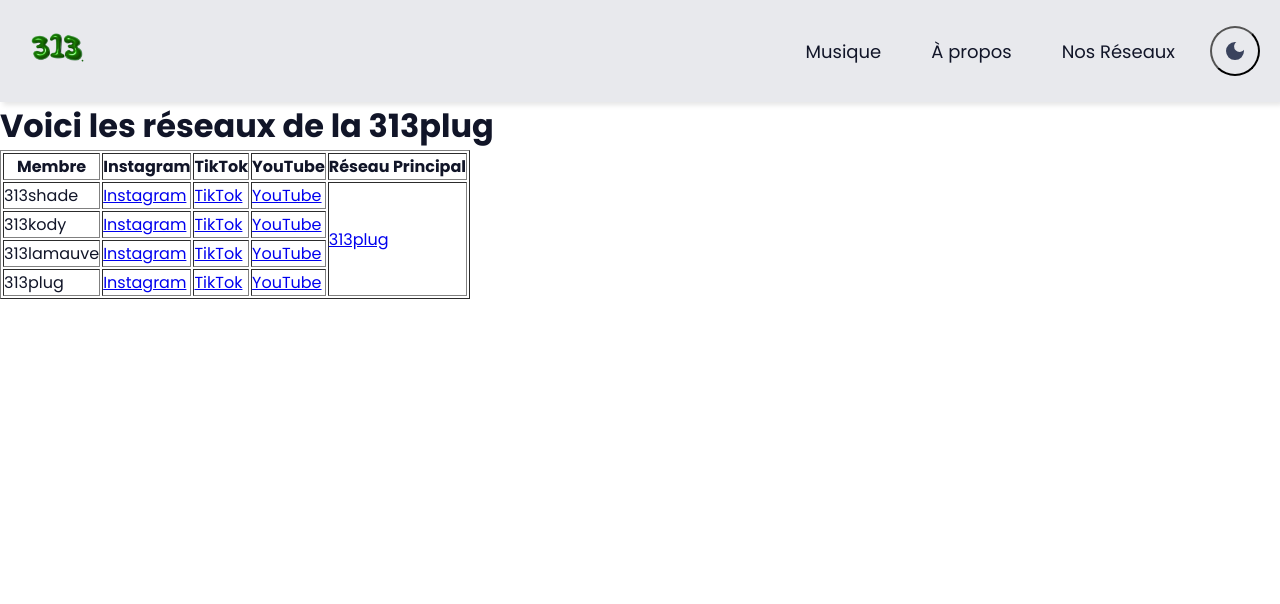
Repository: 313Kody/313plug-Site-Officiel
Page: réseau.html
These files come from the project's save history. The page is drawn as it stood at one moment and after the next save; the edit follows.
The browser window is 1280 px wide. The pictures show the whole page.
Some web fonts or font styles are not loaded; a fallback is used.

Above is the page before, as saved 2024-11-24 20:05:20.

### réseau.html
<!DOCTYPE html>
<html lang="en">
<head>
   <meta charset="UTF-8">
   <meta name="viewport" content="width=device-width, initial-scale=1.0">
   <title>313plug - Site Officiel</title>
   <link rel="stylesheet" href="CSS/styles.css">
   <link href="https://fonts.googleapis.com/css2?family=Fugaz+One&family=Poppins:wght@100;200;300;400;500;600;700;800;900&display=swap" rel="stylesheet">
   <script type="text/javascript" src="darkmode.js" defer></script>
</head>
<body>
      <nav class="main-nav">
         <div class="logo">
             <a href="index.html">
                 <img id="logo" src="images/313_vert-removebg-preview.png" alt="logo du groupe">
             </a>
         </div>

         <!-- Navbar en liens (cachée sur mobile) -->
         <ul class="nav-links hideOnMobile">
             <li><a href="musique.html" target="_blank">Musique</a></li>
             <li><a href="propos.html" target="_blank">À propos</a></li>
             <li><a href="réseau.html" target="_blank">Nos Réseaux</a></li>
             <button id="theme-switch-navbar">
               <svg xmlns="http://www.w3.org/2000/svg" height="24px" viewBox="0 -960 960 960" width="24px" fill="#e8eaed">
                  <path d="M480-120q-150 0-255-105T120-480q0-150 105-255t255-105q14 0 27.5 1t26.5 3q-41 29-65.5 75.5T444-660q0 90 63 153t153 63q55 0 101-24.5t75-65.5q2 13 3 26.5t1 27.5q0 150-105 255T480-120Z"/>
               </svg>
               <svg xmlns="http://www.w3.org/2000/svg" height="24px" viewBox="0 -960 960 960" width="24px" fill="#e8eaed">
                  <path d="M480-280q-83 0-141.5-58.5T280-480q0-83 58.5-141.5T480-680q83 0 141.5 58.5T680-480q0 83-58.5 141.5T480-280ZM200-440H40v-80h160v80Zm720 0H760v-80h160v80ZM440-760v-160h80v160h-80Zm0 720v-160h80v160h-80ZM256-650l-101-97 57-59 96 100-52 56Zm492 496-97-101 53-55 101 97-57 59Zm-98-550 97-101 59 57-100 96-56-52ZM154-212l101-97 55 53-97 101-59-57Z"/>
               </svg>
            </button>
         </ul>

         <!-- Icône de menu pour la sidebar (visible uniquement sur mobile) -->
         <div class="menu-button" onclick="showsidebar()">
             <svg xmlns="http://www.w3.org/2000/svg" height="28px" viewBox="0 -960 960 960" width="28px" fill="#000000" id="menu-icon">
                 <path d="M120-240v-80h720v80H120Zm0-200v-80h720v80H120Zm0-200v-80h720v80H120Z"/>
             </svg>
         </div>
     </nav>

     <!-- Sidebar (initialement cachée) -->
     <aside class="sidebar" id="sidebar">
         <ul>
             <li onclick="hidesidebar()">
                 <a href="#"><svg xmlns="http://www.w3.org/2000/svg" height="28px" viewBox="0 -960 960 960" width="28px" fill="#000000" id="close-icon"><path d="m256-200-56-56 224-224-224-224 56-56 224 224 224-224 56 56-224 224 224 224-56 56-224-224-224 224Z"/></svg></a>
             </li>
             <li><a href="musique.html" target="_blank">Musique</a></li>
             <li><a href="propos.html" target="_blank">À propos</a></li>
             <li><a href="réseau.html" target="_blank">Nos Réseaux</a></li>
             <button id="theme-switch-sidebar">
               <svg xmlns="http://www.w3.org/2000/svg" height="24px" viewBox="0 -960 960 960" width="24px" fill="#e8eaed">
                  <path d="M480-120q-150 0-255-105T120-480q0-150 105-255t255-105q14 0 27.5 1t26.5 3q-41 29-65.5 75.5T444-660q0 90 63 153t153 63q55 0 101-24.5t75-65.5q2 13 3 26.5t1 27.5q0 150-105 255T480-120Z"/>
               </svg>
               <svg xmlns="http://www.w3.org/2000/svg" height="24px" viewBox="0 -960 960 960" width="24px" fill="#e8eaed">
                  <path d="M480-280q-83 0-141.5-58.5T280-480q0-83 58.5-141.5T480-680q83 0 141.5 58.5T680-480q0 83-58.5 141.5T480-280ZM200-440H40v-80h160v80Zm720 0H760v-80h160v80ZM440-760v-160h80v160h-80Zm0 720v-160h80v160h-80ZM256-650l-101-97 57-59 96 100-52 56Zm492 496-97-101 53-55 101 97-57 59Zm-98-550 97-101 59 57-100 96-56-52ZM154-212l101-97 55 53-97 101-59-57Z"/>
               </svg>
            </button>
         </ul>
     </aside>
     <script>
         function showsidebar(){
             const sidebar = document.querySelector('.sidebar');
             sidebar.style.display = 'flex';
         }
         function hidesidebar(){
             const sidebar = document.querySelector('.sidebar');
             sidebar.style.display = 'none';
         }
      </script>
   <h1>Voici les réseaux de la 313plug</h1>
   <table border="1">
      <thead>
        <tr>
          <th>Membre</th>
          <th>Instagram</th>
          <th>TikTok</th>
          <th>YouTube</th>
          <th>Réseau Principal</th>
        </tr>
      </thead>
      <tbody>
        <!-- Ligne pour 313shade -->
        <tr>
          <td>313shade</td>
          <td><a href="https://www.instagram.com/313shade" target="_blank">Instagram</a></td>
          <td><a href="https://www.tiktok.com/@313shade" target="_blank">TikTok</a></td>
          <td><a href="https://www.youtube.com/313shade" target="_blank">YouTube</a></td>
          <td rowspan="4"><a href="https://www.313plug.com" target="_blank">313plug</a></td>
        </tr>

        <!-- Ligne pour 313kody -->
        <tr>
          <td>313kody</td>
          <td><a href="https://www.instagram.com/313kody" target="_blank">Instagram</a></td>
          <td><a href="https://www.tiktok.com/@313kody" target="_blank">TikTok</a></td>
          <td><a href="https://www.youtube.com/313kody" target="_blank">YouTube</a></td>
        </tr>

        <!-- Ligne pour 313lamauve -->
        <tr>
          <td>313lamauve</td>
          <td><a href="https://www.instagram.com/313lamauve" target="_blank">Instagram</a></td>
          <td><a href="https://www.tiktok.com/@313lamauve" target="_blank">TikTok</a></td>
          <td><a href="https://www.youtube.com/313lamauve" target="_blank">YouTube</a></td>
        </tr>

        <!-- Ligne pour 313plug -->
        <tr>
          <td>313plug</td>
          <td><a href="https://www.instagram.com/313plug" target="_blank">Instagram</a></td>
          <td><a href="https://www.tiktok.com/@313plug" target="_blank">TikTok</a></td>
          <td><a href="https://www.youtube.com/313plug" target="_blank">YouTube</a></td>
        </tr>
      </tbody>
    </table>

### CSS/styles.css
/* Styles globaux */
:root{
    --base-color: white;
    --base-variant: #e8e9ed;
    --text-color: #111528;
    --secondary-text: #232738;
    --primary-color:#3a435d;
    --accent-color:#3ffa4fa6;
    --blur-color: rgba(255, 255, 255, 0.626);
}
.darkmode{
    --base-color: #070b1d;
    --base-variant: #101425;
    --text-color: #ffffff;
    --secondary-text: #a4a5b8;
    --primary-color:#3a435d;
    --accent-color:#b445ffa1;
    --blur-color: rgba(82, 82, 82, 0.626);
}

* {
    margin: 0;
    padding: 0;
}
#theme-switch-navbar{
    height: 50px;
    width: 50px;
    padding: 0;
    border-radius: 50%;
    background-color: var(--base-variant);
    display: flex;
    justify-content: center;
    align-items: center;
}
#theme-switch-navbar svg{
    fill: var(--primary-color);
}
#theme-switch-navbar svg:last-child{
    display: none;
}
.darkmode #theme-switch-navbar svg:first-child{
    display: none;
}
.darkmode #theme-switch-navbar svg:last-child{
    display: block;
}
#theme-switch-sidebar{
    height: 50px;
    width: 50px;
    padding: 0;
    border-radius: 50%;
    background-color: var(--base-variant);
    display: flex;
    justify-content: center;
    align-items: center;
}
#theme-switch-sidebar svg{
    fill: var(--primary-color);
}
#theme-switch-sidebar svg:last-child{
    display: none;
}
.darkmode #theme-switch-sidebar svg:first-child{
    display: none;
}
.darkmode #theme-switch-sidebar svg:last-child{
    display: block;
}
body {
    margin: 0 auto;
    font-family: "Poppins", sans-serif;
    background-color: var(--base-color);
    color: var(--text-color);
}

.fugaz-one {
    font-family: "Fugaz One", sans-serif;
}
/* background----------------------------------------------------------------- */

.logo img {
    width: 75px;
    align-items: baseline;
}

/* Header / Navbar--------------------------------------------------------------- */
.main-nav {
    display: flex;
    align-items: center;
    justify-content: space-between;
    padding: 10px 20px;
    background-color:var(--base-variant);
    box-shadow: 3px 3px 5px rgba(0, 0, 0, 0.1);
}

.logo img {
    width: 75px;
}

.nav-links {
    list-style: none;
    display: flex;
    gap: 20px;
}

.nav-links li {
    height: 50px;
    display: flex;
    align-items: center;
}

.nav-links a {
    font-size: 18px;
    font-weight: 400;
    color: var(--text-color);
    text-decoration: none;
    padding: 0 15px;
}

.nav-links a:hover {
    background-color: var(--base-color);
    border-radius: 4px;
}

/* Sidebar----------------------------------------------------------------------- */
.sidebar {
    position: fixed;
    top: 0;
    right: 0;
    height: 100vh;
    width: 250px;
    z-index: 999;
    background-color: var(--blur-color);
    backdrop-filter: blur(10px);
    box-shadow: -10px 0 10px rgba(0, 0, 0, 0.1);
    display: none;
    flex-direction: column;
    align-items: flex-start;
    padding: 20px;
}

.sidebar ul {
    list-style: none;
    padding: 0;
}

.sidebar li {
    width: 100%;
}

.sidebar a {
    font-size: 18px;
    color: var(--text-color);
    text-decoration: none;
    padding: 10px;
    display: block;
}

.sidebar a:hover {
    background-color: var(--base-variant);
}

/* Menu button sidebar */
.menu-button {
    display: none;
}

/* Responsive */
@media(max-width: 800px) {
    .hideOnMobile {
        display: none;
    }
    .menu-button {
        display: block;
    }
}
@media(max-width: 400px) {
    .sidebar {
        width: 100%;
    }
}
/* Landing page -------------------------------------------------------------- */

section.hautdepage {
    background: url('../images/TRAPSHIT COVER Banniere.jpg');
    background-size: cover;
    background-repeat: no-repeat;
    background-position: center ;
    height: 80vh;
}

.big-title {
    color: rgb(255, 255, 255);
    font-size: 50px;
    padding: 20px 50px;
    margin-top: 40px;
}
/* BOUTTON ------------------------------------------------------------------- */
.button {
    height: 100vh;
    display: flex;
    align-items: center;
    justify-content: center;
    margin-top: -150px;
}

.button-style {
    position: relative;
    align-items: center;
    justify-content: center;
    padding: 10px 22px;
    background: none;
    border:3px solid #e8e8e8;
    border-radius: 6px;
    color: #fff;
    font-size: 18px;
    font-weight: bold;
    text-decoration: none;
    text-align: center;
    cursor: pointer;
    transition: transform 0.3s ease;
    box-shadow: 0px 4px 10px rgba(0, 0, 0, 0.3);
}

.button :active{
    transition: scale(0.96);
}

/* Titre de Section----------------------------------------------------------- */
.section-title{
    font-size: 45px;
    font-weight: 200;
    margin-top: 25px;
    position: relative;
}

.section-title::before {
    content: "";
    position: absolute;
    background-color: var(--text-color);
    width: 200px;
    height: 3px;
    margin-top: 7px;
}
/* section music home ---------------------------------------------------------*/

.section-title {
    text-align: center;
    font-family: "Poppins", sans-serif;
    font-size: 36px;
    font-weight: bold;
    color: var(--text-color);
    margin-bottom: 30px;
}

.music{
    background-color: var(--base-color);
    height: 45vh;
}
/* Flex container */
.cover-flex {
    display: flex;
    flex-wrap: wrap;
    justify-content: space-between;
    align-items: center;
    gap: 20px;
    margin-left: 15px;
}

/* Images à gauche */
.cover-images {
    display: flex;
    flex-wrap: wrap;
    gap: 15px;
    max-width: 100%;
}

/* Image individuelle */
.cover-box {
    flex: 1;
    max-width: 250px;
    border-radius: 10px;
    overflow: hidden;
    box-shadow: 0px 4px 10px rgba(0, 0, 0, 0.3);
    transition: transform 0.3s ease;
}

.cover-box img {
    width: 100%;
    height: auto;
    display: block;
}

.cover-box:hover {
    transform: scale(1.05);
}

/* Texte et bouton à droite */
.text-container {
    max-width: 35%;
    display: flex;
    flex-direction: column;
    align-items: flex-start;
    justify-content: center;
    gap: 20px;
    color: #000000;
    margin-right: 15px;
}

/* Texte */
.text-music {
    font-family: "Poppins", sans-serif;
    font-size: 16px;
    line-height: 1.8;
    color: var(--secondary-text);
}

.text-music h2 {
    font-size: 24px;
    font-weight: bold;
    color: var(--text-color);
    margin-bottom: 10px;
}

/* Bouton */
.button-style2 {
    display: inline-block;
    padding: 10px 20px;
    background-color: #ffffff;
    border: none;
    border-radius: 5px;
    color: #000000;
    font-size: 16px;
    font-weight: bold;
    text-decoration: none;
    text-align: center;
    transition: background-color 0.3s ease, transform 0.2s ease;
    box-shadow: 0px 4px 10px rgba(0, 0, 0, 0.3);
}

.button-style2:hover {
    background-color: var(--accent-color);
    transform: translateY(-3px);
}

.button-style2:active {
    transform: translateY(1px);
}


/* section réseau pour la homepage */

.section-title2 {
    text-align: center;
    font-family: "Poppins", sans-serif;
    font-size: 36px;
    font-weight: bold;
    color: var(--text-color);
    margin-bottom: 30px;
}

.section-title2::before {
    content: "";
    position: absolute;
    background-color: var(--text-color);
    width: 200px;
    height: 3px;
    margin-top: 3px;
}
.réseau{
    background-color: var(--base-variant);
    height: 100vh;
}
/* responsive pour la home page */

@media (max-width: 1120px) {
    .button-style{
        padding: 12px 30px;
        font-size: 20px;
        margin-bottom: 145px;
    }
}

@media (max-width: 768px) {
    /* Réduire la taille du texte du titre */
    .section-title {
        font-size: 28px;
    }

    /* Changer le comportement du conteneur .cover-flex */
    .cover-flex {
        flex-direction: column;
        justify-content: center;
        align-items: center;
        gap: 10px;
    }

    /* Modifier l'image de cover pour qu'elle soit plus petite sur les petits écrans */
    .cover-box {
        max-width: 100%;
    }

    /* Ajuster la taille du texte */
    .text-music {
        font-size: 14px;
    }

    .text-music h2 {
        font-size: 20px;
    }

    /* Ajuster la largeur du texte et des boutons */
    .text-container {
        max-width: 90%; /* Plus large sur mobile */
        margin-right: 0;
    }

    /* Boutons plus grands et espacés */
    .button-style2 {
        padding: 12px 24px;
        font-size: 18px;
    }

    .button-style {
        padding: 12px 30px;
        font-size: 20px;
        margin-top: 4px;
    }

    /* Empêcher que les éléments débordent */
    .button {
        height: auto;
        margin-top: 10px;
    }
}

@media (max-width: 574px) {
    .big-title{
        font-size: 40px;
    }
}
/* Lorsque l'écran est plus petit que 480px (taille mobile très petite) */
@media (max-width: 480px) {
    /* Réduire encore plus la taille du texte */
    .section-title {
        font-size: 24px;
    }

    .text-music {
        font-size: 12px;
    }

    .text-music h2 {
        font-size: 18px;
    }

    .button-style {
        padding: 10px 20px;
        font-size: 16px;
    }

    .big-title {
        font-size: 30px;
    }

    /* Ajuster l'espace autour des éléments */
    .cover-flex {
        gap: 10px;
    }

    .cover-box {
        max-width: 100%; /* Image en pleine largeur */
    }

    /* Mettre les textes et images en colonne */
    .cover-images {
        flex-direction: column;
        gap: 10px;
    }
}

/* PAGES MUSIQUES : Styles pour la section Cover ------------------------------------*/

/* Conteneur de chaque cover et texte */

.titre-musique {
    display: flex;
    flex-direction: column;
    justify-content: center;
    align-items: center;
}
.cover-container1 {
    max-width: 1600px;
    display: flex;
    justify-content: space-between;
    align-items: center;
    margin-bottom: 30px;
    flex-wrap: wrap;
    background-image: url("/images/313.SHIT\ COVER.jpg");
    background-position:center;
    background-repeat: no-repeat;
    background-blend-mode: darken;
    background-color: rgba(0, 0, 0, 0.5);
    border-radius: 35px;
    height: 45vh;
}

.cover-container2 {
    max-width: 1600px;
    display: flex;
    justify-content: space-between;
    align-items: center;
    margin-bottom: 30px;
    flex-wrap: wrap;
    background-image: url("/images/STAMINA\ COVER.jpg");
    background-position:center;
    background-repeat: no-repeat;
    background-blend-mode: darken;
    background-color: rgba(0, 0, 0, 0.5);
    border-radius: 35px;
    height: 45vh;
}
.cover-container3 {
    max-width: 1600px;
    display: flex;
    justify-content: space-between;
    align-items: center;
    margin-bottom: 30px;
    flex-wrap: wrap;
    background-image: url("/images/BUISNESS\ COVER.jpg");
    background-position:center;
    background-repeat: no-repeat;
    background-blend-mode: darken;
    background-color: rgba(0, 0, 0, 0.5);
    border-radius: 35px;
    height: 45vh;
}
.cover-container4 {
    max-width: 1600px;
    display: flex;
    justify-content: space-between;
    align-items: center;
    margin-bottom: 30px;
    flex-wrap: wrap;
    background-image: url("/images/gelato.jpg");
    background-position:center;
    background-repeat: no-repeat;
    background-blend-mode: darken;
    background-color: rgba(0, 0, 0, 0.5);
    border-radius: 35px;
    height: 45vh;
}
.cover-container5 {
    max-width: 1600px;
    display: flex;
    float: left;
    margin-right: 15px;
    justify-content: space-between;
    align-items: center;
    margin-bottom: 30px;
    flex-wrap: wrap;
    background-image: url("/images/SSW TAPE.jpg");
    background-position: center;
    background-repeat: no-repeat;
    background-blend-mode: darken;
    background-color: rgba(0, 0, 0, 0.5);
    border-radius: 35px;
    height: 45vh;
}

.glass {
    background: linear-gradient(135deg, rgba(255, 255, 255, 0.1), rgba(255, 255, 255, 0));
    backdrop-filter: blur(10px);
    -webkit-backdrop-filter: blur(10px);
    border-radius: 35px;
    border: 1px solid rgba(255, 255, 255, 0.18);
    box-shadow: 0 8px 32px 0 rgba(0, 0, 0, 0.37);
    display: flex;
    justify-content: space-between;
    align-items: center;
    height: 100%;
    padding: 0 20px;
}
/* Style pour chaque texte */
.text-intro h1{
    font-size: 60px;
    text-align: center;
    margin-bottom: 100px;
    margin-top: 60px;
}
.text {
    flex: 1;
    padding: 10px;
    font-family: "Poppins", sans-serif;
    font-size: 16px;
    color: #ffffff;
    text-align: left;
    margin-right: 15px;
}

.text h2 {
    font-family: "Poppins", sans-serif;
    font-size: 20px;
    color: #f1f1f1;
    margin-bottom: 10px;
}

.text h3 {
    font-family: "Poppins", sans-serif;
    font-size: 20px;
    color: #ffffff;
    margin-bottom: 10px;
}

.text p {
    font-size: 14px;
    line-height: 1.6;
}


/* Style pour l'image de cover */
.cover-link {
    flex: 1;
    text-align: center;
}

.cover-image {
    width: 100%;
    max-width: 300px;
    height: auto;
    border-radius: 8px;
    box-shadow: 0 4px 10px rgba(0, 0, 0, 0.1);
    transition: transform 0.3s ease;
}

.cover-image:hover {
    transform: scale(1.05);
}

/* Responsivité pour petits écrans */
@media (max-width: 768px) {
    .cover-container {
        flex-direction: column;
        text-align: center;
    }

    .text {
        margin-right: 0;
        margin-bottom: 20px;
    }

    .cover-image {
        max-width: 100%;
    }
}

/* PAGES A PROPOS : images----------------------------------------------------------*/

.pics {
   position: relative;
   width: 70%;
   margin: 250px auto;
}


.images-propos {
    max-width: 320px;
    float: left;
    border: 3px solid var(--text-color);
    border-radius: 10px;
    margin-right: 15px;
}

.images-propos2 {
    max-width: 320px;
    float: right;
    border: 3px solid var(--text-color);
    border-radius: 10px;
    margin-left: 15px;
}

.text-box{
    color:var(--text-color);
    font-weight: 600;
}

.text-box h1 {
    font-family: "Fugaz One", sans-serif;
    font-size: 42px;
    font-weight: 500;
}

.text-box h2 {
    font-family: "Fugaz One", sans-serif;
    font-size: 42px;
    font-weight: 500;
}

.text-box p {
    font-size: 16px;
}

/* Animation d'apparition */
@keyframes fadeIn {
    from {
        opacity: 0;
        transform: translateY(20px);
    }
    to {
        opacity: 1;
        transform: translateY(0);
    }
}

.pics {
    animation: fadeIn 1s ease-in-out;
}

@media (max-width: 768px) {
    .pics {
        flex-direction: column; /* Passe en colonne sur mobile */
        gap: 20px;
    }
    .images-propos, .images-propos2 {
        float: none;
        margin: 0 auto;
    }
    .text-box {
        text-align: center; /* Centre le texte sur petit écran */
    }
}

Loaded but not shown: darkmode.js (45 lines, source omitted)

After the next save:
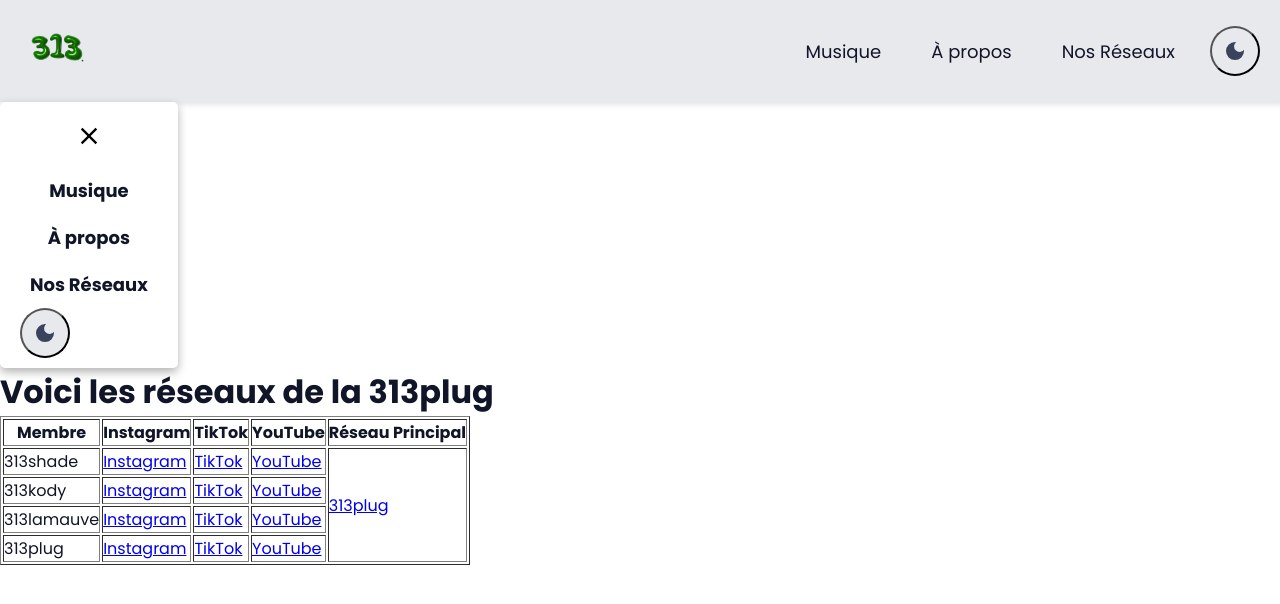
Saved 30 s later.
--- a/CSS/styles.css
+++ b/CSS/styles.css
@@ -124,19 +124,18 @@
 
 /* Sidebar----------------------------------------------------------------------- */
 .sidebar {
-    position: fixed;
-    top: 0;
-    right: 0;
-    height: 100vh;
-    width: 250px;
-    z-index: 999;
-    background-color: var(--blur-color);
-    backdrop-filter: blur(10px);
-    box-shadow: -10px 0 10px rgba(0, 0, 0, 0.1);
-    display: none;
-    flex-direction: column;
-    align-items: flex-start;
-    padding: 20px;
+    display: inline-block;
+    padding: 10px 20px;
+    background-color: #ffffff;
+    border: none;
+    border-radius: 5px;
+    color: #000000;
+    font-size: 16px;
+    font-weight: bold;
+    text-decoration: none;
+    text-align: center;
+    transition: background-color 0.3s ease, transform 0.2s ease;
+    box-shadow: 0px 4px 10px rgba(0, 0, 0, 0.3);
 }
 
 .sidebar ul {
@@ -220,6 +219,11 @@
     cursor: pointer;
     transition: transform 0.3s ease;
     box-shadow: 0px 4px 10px rgba(0, 0, 0, 0.3);
+}
+
+.button-style:hover {
+    background-color: var(--accent-color);
+    transform: translateY(-3px);
 }
 
 .button :active{

After the save that followed:
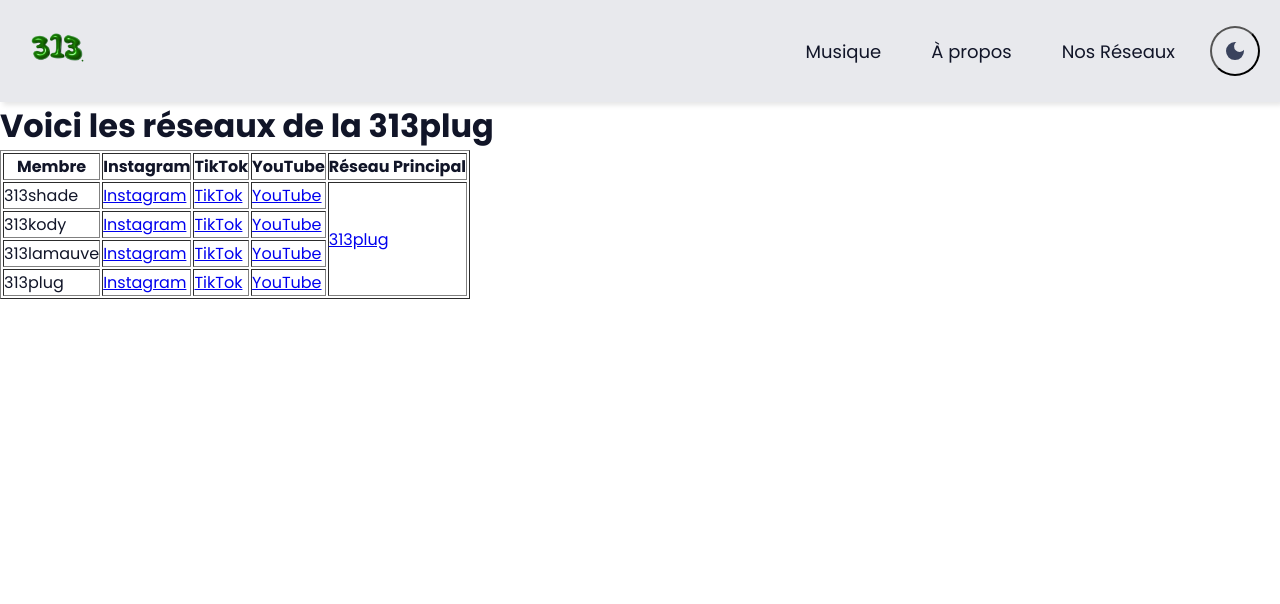
Saved 10 s later.
--- a/CSS/styles.css
+++ b/CSS/styles.css
@@ -124,18 +124,19 @@
 
 /* Sidebar----------------------------------------------------------------------- */
 .sidebar {
-    display: inline-block;
-    padding: 10px 20px;
-    background-color: #ffffff;
-    border: none;
-    border-radius: 5px;
-    color: #000000;
-    font-size: 16px;
-    font-weight: bold;
-    text-decoration: none;
-    text-align: center;
-    transition: background-color 0.3s ease, transform 0.2s ease;
-    box-shadow: 0px 4px 10px rgba(0, 0, 0, 0.3);
+    position: fixed;
+    top: 0;
+    right: 0;
+    height: 100vh;
+    width: 250px;
+    z-index: 999;
+    background-color: var(--blur-color);
+    backdrop-filter: blur(10px);
+    box-shadow: -10px 0 10px rgba(0, 0, 0, 0.1);
+    display: none;
+    flex-direction: column;
+    align-items: flex-start;
+    padding: 20px;
 }
 
 .sidebar ul {
